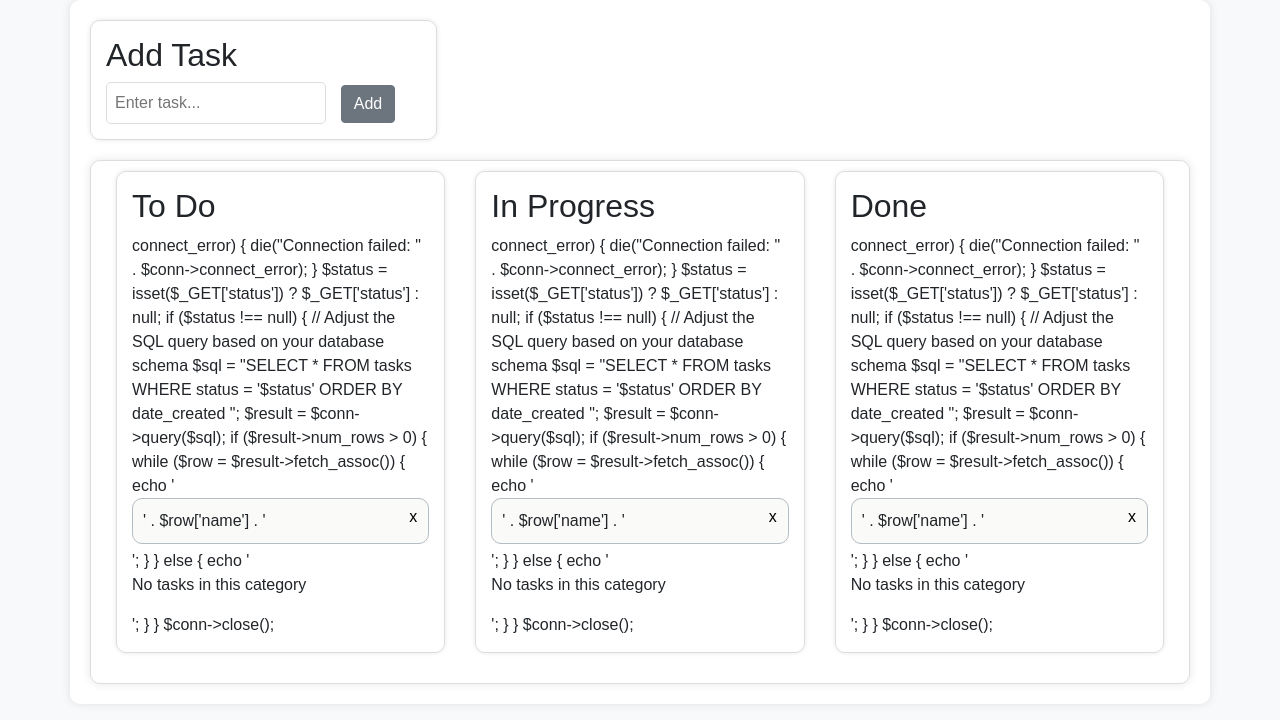
Repository: ZakariaZhlat125/test-rar-it
Page: index.html
The author's editor kept a copy of each file at every save. The page is drawn from the files as they stood at one save, then again after the next save.
The browser window is 1280 px wide. The pictures show the whole page.
Some web libraries are served in a nearby version.

Above is the page before, as saved 2024-03-01 23:17:21.

### index.html
<!DOCTYPE html>
<html lang="en">
  <head>
    <meta charset="UTF-8" />
    <meta name="viewport" content="width=device-width, initial-scale=1.0" />
    <link
      href="https://stackpath.bootstrapcdn.com/bootstrap/4.5.0/css/bootstrap.min.css"
      rel="stylesheet"
    />
    <link rel="stylesheet" href="styles.css" />
    <title>Drag and Drop To-Do List</title>
  </head>
  <body>
    <div class="container">
      <div class="row">
        <div class="col-md-4">
          <div
            id="add-task"
            class="task-list"
            ondrop="drop(event)"
            ondragover="allowDrop(event)"
          >
            <h2>Add Task</h2>
            <input type="text" id="taskInput" placeholder="Enter task..." />
            <button class="btn btn-secondary" onclick="addTask()">Add</button>
          </div>
        </div>
      </div>
      <div class="bigbox">
        <div class="col-md-4">
          <div
            id="todo"
            class="task-list"
            ondrop="drop(event)"
            ondragover="allowDrop(event)"
          >
            <h2>To Do</h2>
            <!-- Display tasks from the database -->
            <div id="todo-tasks-container"></div>
          </div>
        </div>
        <div class="col-md-4">
          <div
            id="in-progress"
            class="task-list"
            ondrop="drop(event)"
            ondragover="allowDrop(event)"
          >
            <h2>In Progress</h2>
            <!-- Display tasks from the database -->
            <div id="in-progress-tasks-container"></div>
          </div>
        </div>
        <div class="col-md-4">
          <div
            id="done"
            class="task-list"
            ondrop="drop(event)"
            ondragover="allowDrop(event)"
          >
            <h2>Done</h2>
            <!-- Display tasks from the database -->
            <div class="task-continer" id="done-tasks-container"></div>
          </div>
        </div>
      </div>
    </div>

    <script src="https://code.jquery.com/jquery-3.5.1.min.js"></script>
    <script src="https://cdn.jsdelivr.net/npm/@popperjs/core@2.10.2/dist/umd/popper.min.js"></script>
    <script src="https://stackpath.bootstrapcdn.com/bootstrap/4.5.0/js/bootstrap.min.js"></script>
    <script src="script.js"></script>
  </body>
</html>

### styles.css
body {
  margin: 0;
  padding: 0;
  font-family: 'Arial', sans-serif;
  background-color: #f8f9fa; /* Light gray background */
}

.container {
  display: flex;
  flex-direction: column;
  background-color: #ffffff; /* White background */
  padding: 20px;
  border-radius: 10px;
  box-shadow: 0 0 10px rgba(0, 0, 0, 0.1); /* Box shadow for depth */
}

.bigbox {
  border: 1px solid #ddd;
  padding: 10px;
  border-radius: 10px;
  display: flex;
  justify-content: space-between;
  box-shadow: 0 0 10px rgba(0, 0, 0, 0.1); /* Box shadow for depth */
}

.task-list {
  border: 1px solid #ddd;
  padding: 15px; /* Increased padding for better spacing */
  border-radius: 10px;
  margin-bottom: 20px;
  box-shadow: 0 0 5px rgba(0, 0, 0, 0.1); /* Subtle box shadow */
}


#taskInput {
  border-radius: 5px;
  border: 1px solid #ddd;
  padding: 8px;
  width: 70%;
  margin-right: 10px;
  position: relative;
}
.task-item {
  background-color: #fafaf8;
  border: 1px solid #b5bcc2;
  border-radius: 10px;
  margin-bottom: 5px;
  padding: 10px;
  cursor: grab;
  position: relative;
}
.delete-btn {
  position: absolute;
  border: none;
  background: none;
  top: 5px;
  right: 5px;
  cursor: pointer;
}

.delete-btn:hover {
  color: red;
}

### script.js
$(document).ready(function () {
  // Fetch and display tasks from the database on page load
  fetchAndDisplayTasks("todo", "todo-tasks-container");
  fetchAndDisplayTasks("in-progress", "in-progress-tasks-container");
  fetchAndDisplayTasks("done", "done-tasks-container");
});

function fetchAndDisplayTasks(listId, containerId) {
  $.ajax({
    type: "GET",
    url: "fetch_tasks.php", // Adjust the URL based on your server-side implementation
    data: { status: listId },
    success: function (response) {
      // Append tasks to the specified container
      $("#" + containerId).html(response);
      addDeleteButtons();
      addDragListeners();
    },
    error: function (xhr, status, error) {
      console.error("Error fetching tasks: " + xhr.responseText);
    },
  });
}

function addDragListeners() {
  // Add dragstart event listener to each task
  $(".task-item").on("dragstart", function (event) {
    event.originalEvent.dataTransfer.setData("text", event.target.id);
  });

  // Add drop event listener to each task list
  $(".task-list").on("drop", function (event) {
    event.preventDefault();
    var data = event.originalEvent.dataTransfer.getData("text");
    console.log(data);
    var draggedElement = $("#" + data);

    // Get the target task list
    var targetList = $(event.target).closest(".task-list");

    // Append the dragged element to the target task list
    if (targetList) {
      targetList.append(draggedElement);
      // Update the status in the database
      updateTaskStatus(draggedElement.attr("id"), targetList.attr("id"));
    }
  });

  // Add dragover event listener to each task list
  $(".task-list").on("dragover", function (event) {
    event.preventDefault();
  });
  $(".delete-btn").on("dragstart", function (event) {
    event.stopPropagation();
  });
}
function allowDrop(event) {
  event.preventDefault();
}

function drag(event) {
  event.dataTransfer.setData("text", event.target.id);
}

function drop(event) {
  event.preventDefault();
  var data = event.dataTransfer.getData("text");
  var draggedElement = document.getElementById(data);

  // Get the target task list
  var targetList = event.target.closest(".task-list");

  // Append the dragged element to the target task list
  if (targetList) {
    targetList.appendChild(draggedElement);
  }

  // TODO: Check if the target list is the "Add Task" box and handle accordingly
  if (targetList.id === "add-task") {
    // Add task handling logic here
    addTask(draggedElement.textContent);
  }

  // TODO: Save data to the database using AJAX and update the server-side records
  saveTaskToDatabase();
}

function addTask(taskText) {
  var taskInput = document.getElementById("taskInput");
  var taskText = taskInput.value.trim();

  if (taskText !== "") {
    // Create a new task item
    var newTask = document.createElement("div");
    newTask.textContent = taskText;
    newTask.className = "task-item";
    newTask.draggable = true;
    newTask.id = "task" + Math.floor(Math.random() * 1000);
    // Make the newly added task draggable
    newTask.setAttribute("draggable", true);
    newTask.setAttribute("ondragstart", "drag(event)");

    // Append the new task to the "Add Task" box
    var addTaskBox = document.getElementById("add-task");
    addTaskBox.appendChild(newTask);

    // Clear the input field
    taskInput.value = "";

    // Save the task to the database
    saveTaskToDatabase(newTask.textContent);
  }
}

function saveTaskToDatabase(taskText) {
  // TODO: Implement AJAX to save the task to the database
  $.ajax({
    type: "POST",
    url: "save.php",
    data: {
      taskText: taskText,
      action: "addTask", // Indicate that this is an add task action
    },
    success: function (response) {
      console.log(response);
    },
    error: function (xhr, status, error) {
      console.error("Error: " + xhr.responseText);
    },
  });
  addDragListeners();
}

function updateTaskStatus(taskId, status) {
  $.ajax({
    type: "POST",
    url: "update_status.php",
    data: {
      taskId: taskId,
      status: status,
    },
    success: function (response) {
      console.log(response);
    },
    error: function (xhr, status, error) {
      console.error("Error updating task status: " + xhr.responseText);
    },
  });
}

////  delete  /////
function addDeleteButtons() {
  // Add a delete button to each task
  $(".task-item").each(function () {
    // Check if the delete button is already added to the task
    if ($(this).find(".delete-btn").length === 0) {
      var deleteButton = $("<button>")
        .addClass("delete-btn")
        .text("x")
        .click(function () {
          deleteTask($(this).closest(".task-item"));
        });

      $(this).append(deleteButton);
    }
  });
}

function deleteTask(taskItem) {
  var taskId = taskItem.attr("id");

  // TODO: Remove the task from the database using AJAX and update the server-side records
  removeTaskFromDatabase(taskId);

  // Remove the task item from the DOM
  taskItem.remove();
}

function removeTaskFromDatabase(taskId) {
  // TODO: Implement AJAX to remove the task from the database
  $.ajax({
    type: "POST",
    url: "remove.php",
    data: {
      taskId: taskId,
      action: "removeTask", // Indicate that this is a remove task action
    },
    success: function (response) {
      console.log(response);
    },
    error: function (xhr, status, error) {
      console.error("Error: " + xhr.responseText);
    },
  });
}

After the next save:
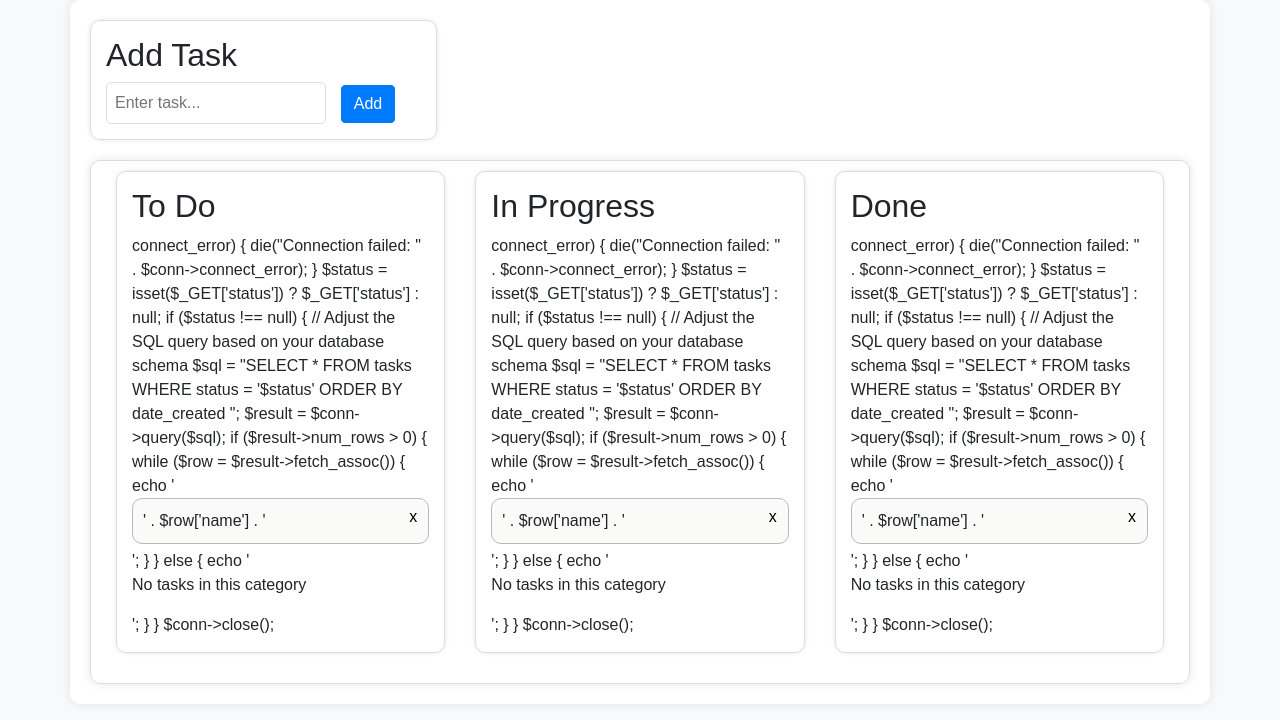
Saved 8 s later.
--- a/index.html
+++ b/index.html
@@ -22,7 +22,7 @@
           >
             <h2>Add Task</h2>
             <input type="text" id="taskInput" placeholder="Enter task..." />
-            <button class="btn btn-secondary" onclick="addTask()">Add</button>
+            <button class="btn btn-primary" onclick="addTask()">Add</button>
           </div>
         </div>
       </div>
